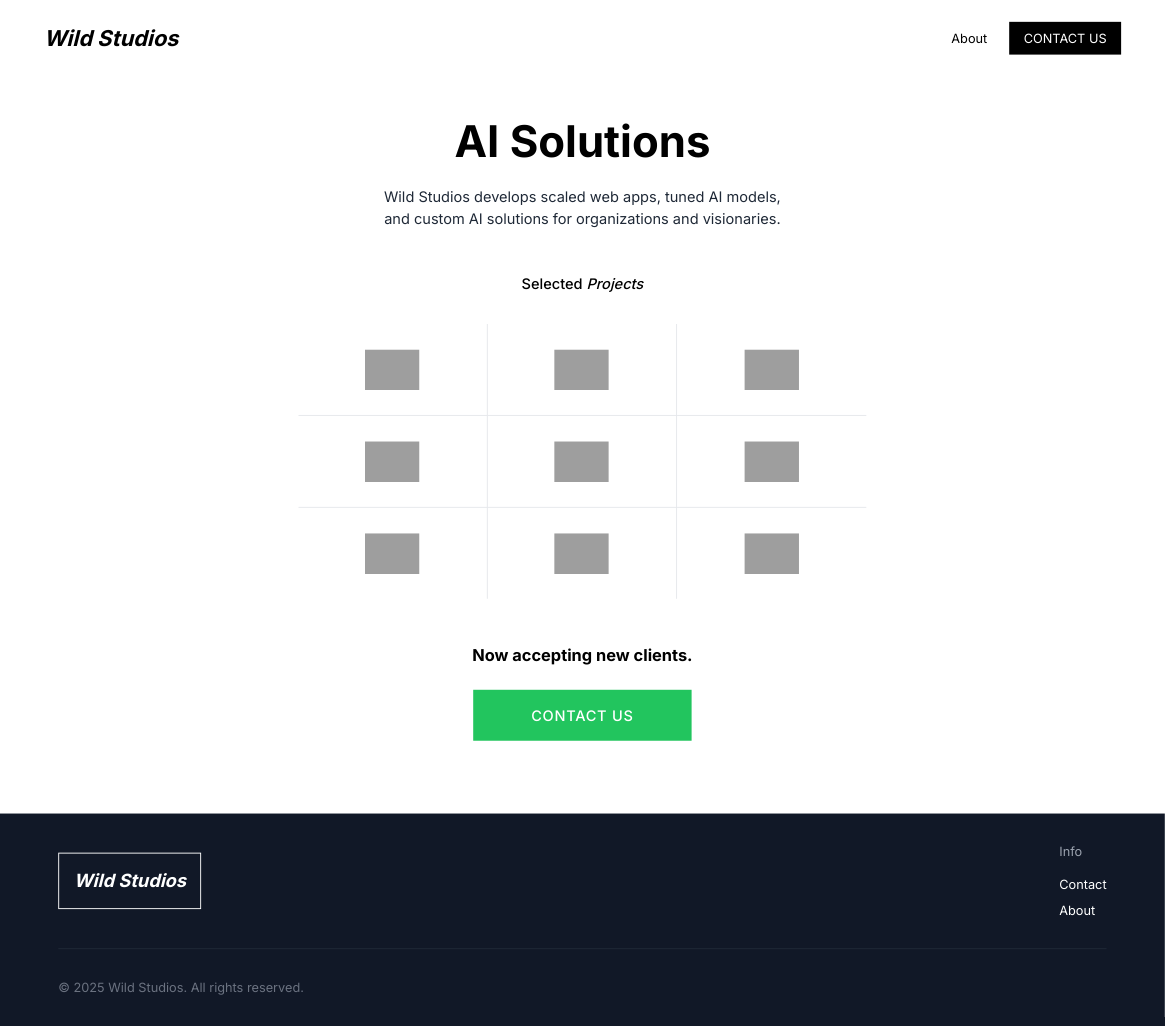
Repository: wpulier/wildstudio
Page: /
These files come from the project's save history. The page is drawn as it stood at one moment and after the next save; the edit follows.
The browser window is 1280 px wide. The pictures show the whole page, at 91% of full size.
Pictures or frames that could not be fetched are drawn as grey boxes. The project was rebuilt for these pictures with package versions that can differ from the ones it lists, and the page was loaded fresh each time. The framework's server and built-in components were replaced by stand-ins that run in the browser. Also part of the build but not shown: next.config.mjs.

Above is the page before, as saved 2025-03-01 14:30:26.

### src/app/layout.tsx
import type { Metadata } from "next";
import { Inter } from "next/font/google";
import "./globals.css";
import Footer from "./components/Footer";
import Navigation from "./components/Navigation";

const inter = Inter({ subsets: ["latin"] });

export const metadata: Metadata = {
  title: "Wild Studios | Design for the Digital Age",
  description: "Wild Studios designs products for the future. From digital interfaces to brand identities to immersive apps.",
};

export default function RootLayout({
  children,
}: Readonly<{
  children: React.ReactNode;
}>) {
  return (
    <html lang="en">
      <body className={inter.className}>
        <div className="flex flex-col min-h-screen">
          <Navigation />
          <main className="flex-grow mb-8">
            {children}
          </main>
          <Footer />
        </div>
      </body>
    </html>
  );
}

### src/app/page.tsx
import Link from 'next/link';
import { projects } from '@/data/projects';

export default function Home() {
  return (
    <>
      {/* Hero Section */}
      <section className="flex flex-col items-center justify-center text-center px-4 mt-8 md:mt-12">
        <h1 className="text-3xl md:text-5xl font-bold max-w-3xl">
          AI Solutions
        </h1>

        <p className="mt-4 md:mt-6 max-w-2xl text-center text-sm md:text-base text-gray-800">
          Wild Studios develops scaled web apps, tuned AI models,<br />
          and custom AI solutions for organizations and visionaries.
        </p>
      </section>

      {/* Projects Grid Section */}
      <section className="px-4 md:px-6 py-12 mx-auto w-full max-w-2xl">
        <h2 className="text-13 font-medium text-center mb-8">
          Selected <span className="italic">Projects</span>
        </h2>

        {/* Project Grid */}
        <div className="mx-auto mb-12">
          <div className="grid grid-cols-3 mx-auto">
            {projects.map((project, index) => {
              const isRightBorder = index % 3 !== 2;
              const isBottomBorder = index < 6;

              return (
                <Link
                  key={index}
                  href={`/projects/${project.slug}`}
                  className={`
                    block
                    ${isRightBorder ? 'border-r border-gray-200' : ''}
                    ${isBottomBorder ? 'border-b border-gray-200' : ''}
                  `}
                >
                  <div className="h-[100px] w-full flex justify-center items-center group">
                    <img
                      src={project.logo}
                      alt={project.name}
                      className="w-[45%] h-[45%] object-contain transition-transform duration-200
                               group-hover:scale-110"
                    />
                  </div>
                </Link>
              );
            })}
          </div>
        </div>

        {/* CTA Section - Integrated with Projects section */}
        <div className="text-center mt-8">
          <p className="mb-6 font-bold text-lg">Now accepting new clients.</p>
          <Link
            href="/contact"
            className="inline-block bg-[#22c55e] hover:bg-[#16a34a] text-white py-4 px-16 uppercase tracking-wider text-base font-medium transition-colors duration-200"
          >
            CONTACT US
          </Link>
        </div>
      </section>
    </>
  );
}

### src/app/globals.css
@tailwind base;
@tailwind components;
@tailwind utilities;

:root {
  --foreground-rgb: 0, 0, 0;
  --background-rgb: 255, 255, 255;
}

body {
  color: rgb(var(--foreground-rgb));
  background: rgb(var(--background-rgb));
}

a {
  transition: color 0.2s ease;
}

button {
  transition: opacity 0.2s ease;
}

button:hover {
  opacity: 0.9;
}

### src/app/components/Footer.tsx
import Link from 'next/link';

export default function Footer() {
  return (
    <footer className="bg-gray-900 text-white py-6 md:py-8 px-4 md:px-12">
      <div className="max-w-6xl mx-auto">
        <div className="flex flex-col md:flex-row md:justify-between md:items-center">
          {/* Logo */}
          <div className="mb-6 md:mb-0">
            <div className="border border-white p-3 md:p-4 inline-block">
              <span className="text-lg md:text-xl italic font-bold">Wild Studios</span>
            </div>
          </div>

          {/* Simplified Navigation */}
          <div>
            <h4 className="text-xs md:text-sm text-gray-400 mb-2 md:mb-4">Info</h4>
            <ul className="space-y-1 md:space-y-2 text-sm">
              <li><Link href="/contact" className="hover:underline">Contact</Link></li>
              <li><Link href="/about" className="hover:underline">About</Link></li>
            </ul>
          </div>
        </div>

        <div className="mt-6 md:mt-8 pt-4 md:pt-8 border-t border-gray-800 text-xs md:text-sm text-gray-500">
          © {new Date().getFullYear()} Wild Studios. All rights reserved.
        </div>
      </div>
    </footer>
  );
}

### src/app/components/Navigation.tsx
import Link from 'next/link';

export default function Navigation() {
  return (
    <header className="flex justify-between items-center py-4 md:py-6 px-4 md:px-12">
      <Link href="/" className="text-xl md:text-2xl font-bold italic">
        Wild Studios
      </Link>
      <nav className="flex items-center space-x-3 md:space-x-6">
        <Link href="/about" className="text-sm hover:underline">About</Link>
        <Link href="/contact" className="text-sm bg-black text-white px-3 py-1.5 md:px-4 md:py-2">
          CONTACT US
        </Link>
      </nav>
    </header>
  );
}

### src/data/projects.ts
export interface Project {
  name: string;
  slug: string;
  logo: string;
  description: string;
}

export const projects: Project[] = [
  {
    name: "Spotify",
    slug: "spotify",
    logo: "https://upload.wikimedia.org/wikipedia/commons/thumb/8/84/Spotify_icon.svg/232px-Spotify_icon.svg.png",
    description: "Redesigning the listening experience"
  },
  {
    name: "Adobe",
    slug: "adobe",
    logo: "https://upload.wikimedia.org/wikipedia/commons/thumb/8/8d/Adobe_Corporate_Logo.png/220px-Adobe_Corporate_Logo.png",
    description: "Reimagining creative tools"
  },
  {
    name: "Tesla",
    slug: "tesla",
    logo: "https://upload.wikimedia.org/wikipedia/commons/thumb/b/bd/Tesla_Motors.svg/220px-Tesla_Motors.svg.png",
    description: "Future of automotive interfaces"
  },
  {
    name: "Airbnb",
    slug: "airbnb",
    logo: "https://upload.wikimedia.org/wikipedia/commons/thumb/6/69/Airbnb_Logo_B%C3%A9lo.svg/220px-Airbnb_Logo_B%C3%A9lo.svg.png",
    description: "Revolutionizing travel experiences"
  },
  {
    name: "Apple",
    slug: "apple",
    logo: "https://upload.wikimedia.org/wikipedia/commons/thumb/f/fa/Apple_logo_black.svg/220px-Apple_logo_black.svg.png",
    description: "Designing next-gen devices"
  },
  {
    name: "Slack",
    slug: "slack",
    logo: "https://upload.wikimedia.org/wikipedia/commons/thumb/d/d5/Slack_icon_2019.svg/220px-Slack_icon_2019.svg.png",
    description: "Transforming workplace communication"
  },
  {
    name: "Netflix",
    slug: "netflix",
    logo: "https://upload.wikimedia.org/wikipedia/commons/thumb/0/08/Netflix_2015_logo.svg/220px-Netflix_2015_logo.svg.png",
    description: "Reimagining streaming experiences"
  },
  {
    name: "Google",
    slug: "google",
    logo: "https://upload.wikimedia.org/wikipedia/commons/thumb/2/2f/Google_2015_logo.svg/220px-Google_2015_logo.svg.png",
    description: "Creating the search of tomorrow"
  },
  {
    name: "Twitter",
    slug: "twitter",
    logo: "https://upload.wikimedia.org/wikipedia/commons/thumb/6/6f/Logo_of_Twitter.svg/220px-Logo_of_Twitter.svg.png",
    description: "Redefining social conversations"
  }
];

### tailwind.config.js
/** @type {import('tailwindcss').Config} */
module.exports = {
  content: [
    "./src/app/**/*.{js,ts,jsx,tsx}",
    "./src/pages/**/*.{js,ts,jsx,tsx}",
    "./src/components/**/*.{js,ts,jsx,tsx}",
  ],
  theme: {
    extend: {},
  },
  plugins: [],
}

After the next save:
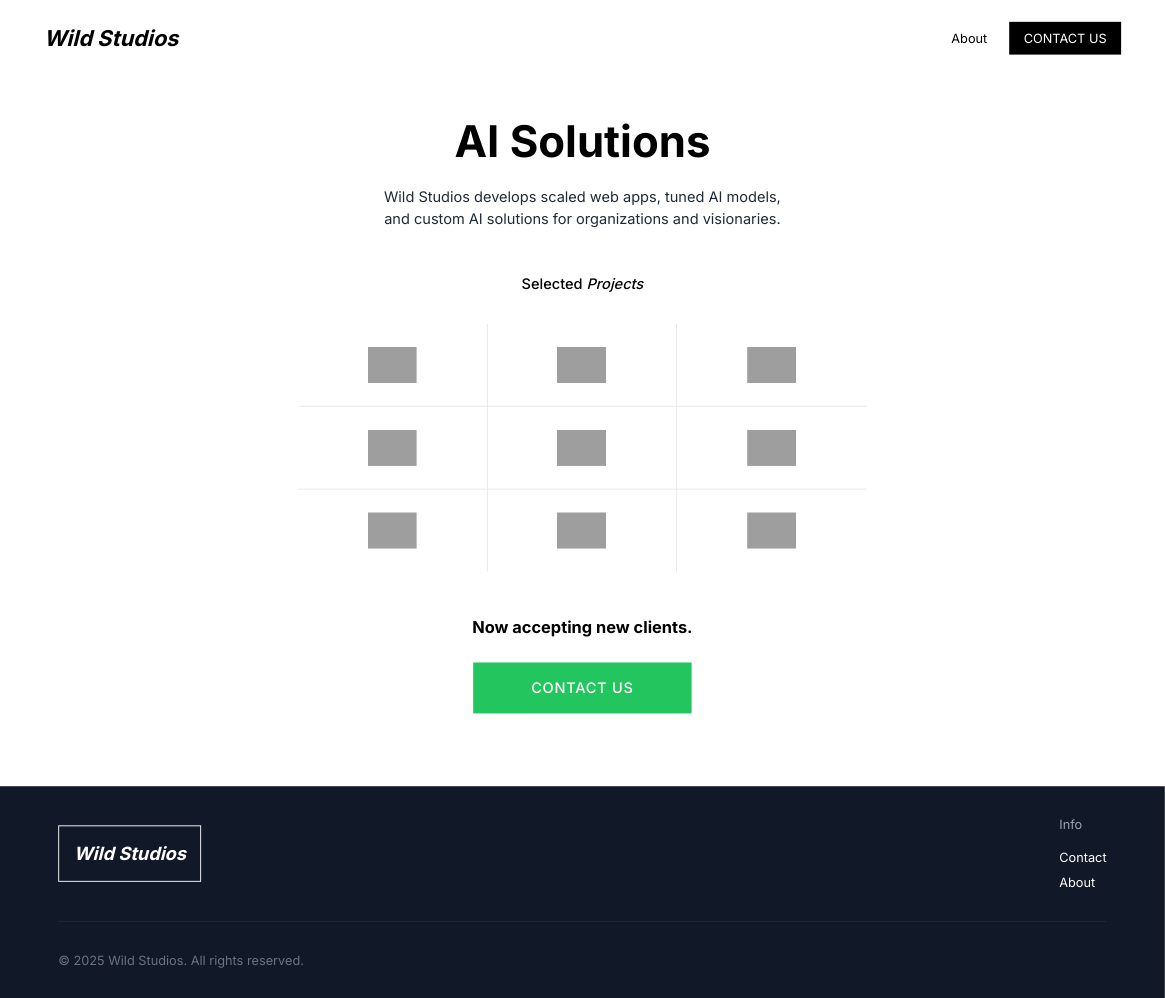
Saved 56 s later.
--- a/src/app/page.tsx
+++ b/src/app/page.tsx
@@ -39,7 +39,7 @@ export default function Home() {
                     ${isBottomBorder ? 'border-b border-gray-200' : ''}
                   `}
                 >
-                  <div className="h-[100px] w-full flex justify-center items-center group">
+                  <div className="h-[90px] w-full flex justify-center items-center group">
                     <img
                       src={project.logo}
                       alt={project.name}
